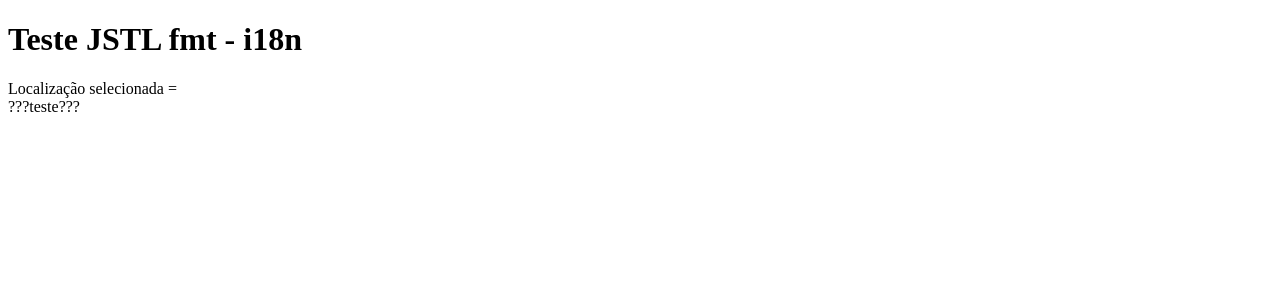
Repository: GabrielGGhost/EstudoJavaAW1-AW2
Page: http://localhost/estudos10/jsp/exemploI18N.jsp
An editor plug-in stored every save of this project. The page is shown before and after the next save, followed by the edit.
The browser window is 1280 px wide. The pictures show the whole page.
The page is served by Tomcat 9.

Above is the page before, as saved 2020-10-23 17:15:48.

### estudos10/WebContent/jsp/exemploI18N.jsp
<%@ page language="java" contentType="text/html; charset=ISO-8859-1"
    pageEncoding="ISO-8859-1"%>

<%@ taglib uri="http://java.sun.com/jsp/jstl/fmt" prefix="fmt" %>
<!DOCTYPE html PUBLIC "-//W3C//DTD HTML 4.01 Transitional//EN" "http://www.w3.org/TR/html4/loose.dtd">
<html>
<head>
<meta http-equiv="Content-Type" content="text/html; charset=ISO-8859-1">
<title>Teste de i18n com JSTL</title>
</head>
<body>
	<h1>Teste JSTL fmt - i18n</h1>
	Localização selecionada = ${param.language} <br/>
	<fmt:setLocale value="{param.language}"/>
		<fmt:bundle basename="com.estudo.bundles.{param.language}" >
			<fmt:message key="teste"> </fmt:message>
		</fmt:bundle>
</body>
</html>

After the next save:
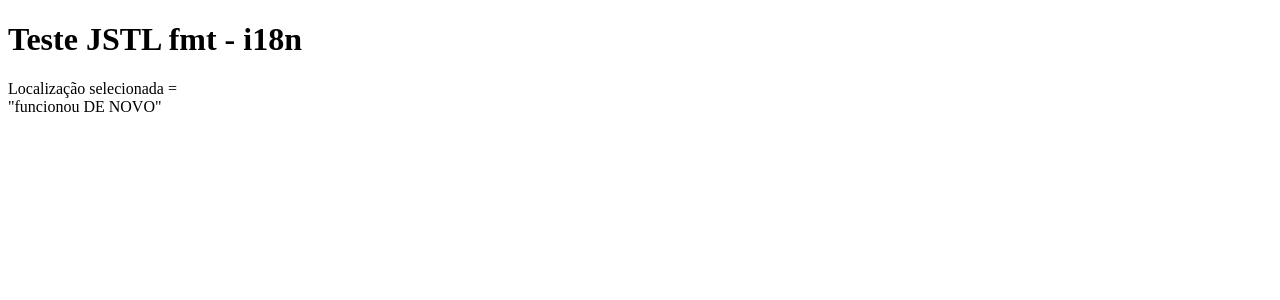
Saved 15 min 34 s later.
--- a/estudos10/WebContent/jsp/exemploI18N.jsp
+++ b/estudos10/WebContent/jsp/exemploI18N.jsp
@@ -12,7 +12,7 @@
 	<h1>Teste JSTL fmt - i18n</h1>
 	Localização selecionada = ${param.language} <br/>
 	<fmt:setLocale value="{param.language}"/>
-		<fmt:bundle basename="com.estudo.bundles.{param.language}" >
+		<fmt:bundle basename="com.estudo.bundles.en_US" >
 			<fmt:message key="teste"> </fmt:message>
 		</fmt:bundle>
 </body>

After the save that followed:
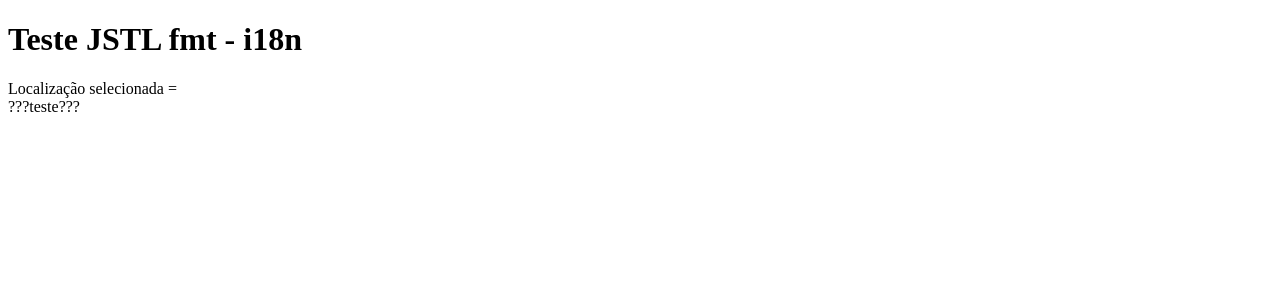
Saved 28 s later.
--- a/estudos10/WebContent/jsp/exemploI18N.jsp
+++ b/estudos10/WebContent/jsp/exemploI18N.jsp
@@ -12,7 +12,7 @@
 	<h1>Teste JSTL fmt - i18n</h1>
 	Localização selecionada = ${param.language} <br/>
 	<fmt:setLocale value="{param.language}"/>
-		<fmt:bundle basename="com.estudo.bundles.en_US" >
+		<fmt:bundle basename="com.estudo.bundles.para.language" >
 			<fmt:message key="teste"> </fmt:message>
 		</fmt:bundle>
 </body>
